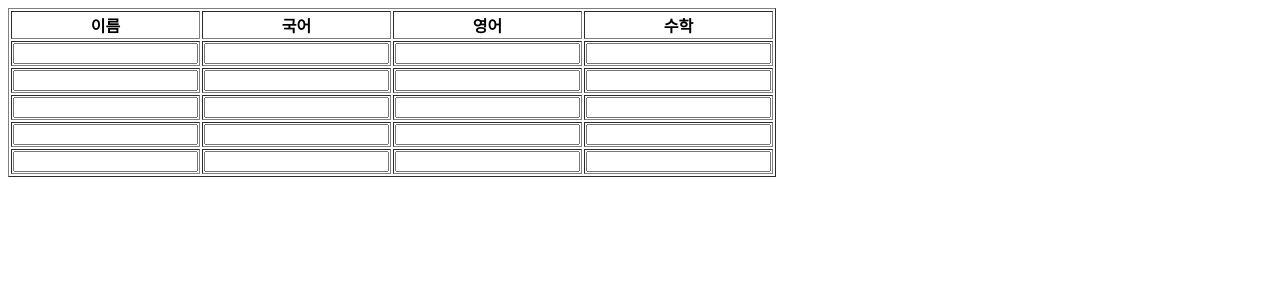
Repository: hjh5217/newJSP
Page: http://localhost/jspProj/subject/sumAvg.jsp
These files come from the project's save history. The page is drawn as it stood at one moment and after the next save; the edit follows.
The browser window is 1280 px wide. The pictures show the whole page.
The page is served by Tomcat 9.

Above is the page before, as saved 2023-07-27 08:00:52.

After the next save:
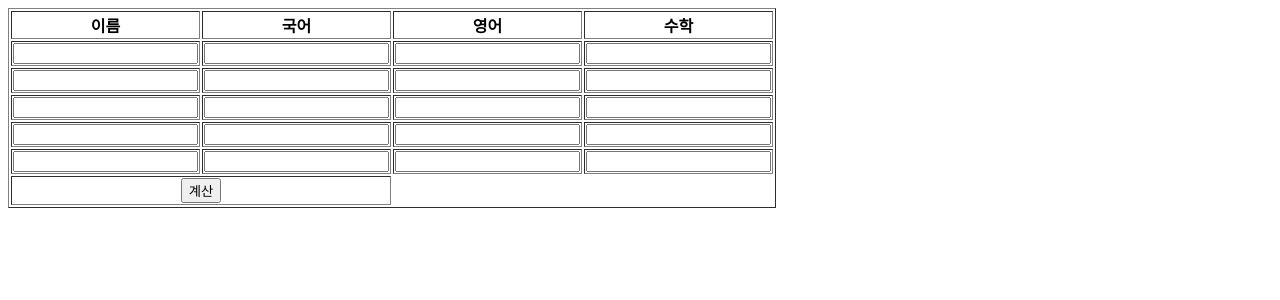
Saved 83 s later.
--- a/jspProj/src/main/webapp/subject/sumAvg.jsp
+++ b/jspProj/src/main/webapp/subject/sumAvg.jsp
@@ -23,6 +23,11 @@
 				<td><input type="text" name="math"></td>
 			</tr>
 			<%} %>
+			<tr>
+				<td colspan="2" align="center">
+					<input type="submit" value="계산"/>
+				</td>
+			</tr>
 		</table>
 	</form>
 </body>
